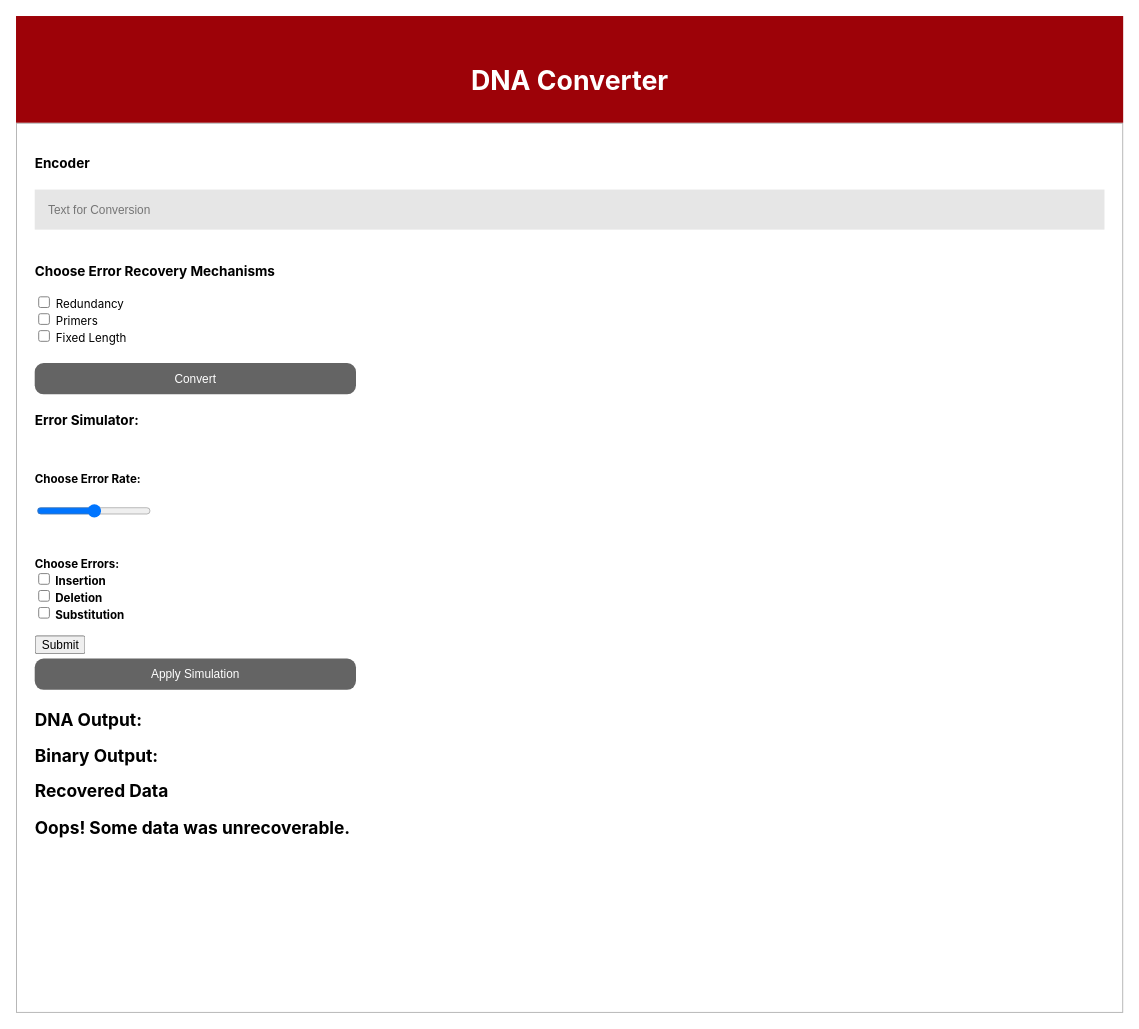
Repository: komalharjani/MSc-Thesis-DNA-Storage
Page: index.html
An editor plug-in stored every save of this project. The page is shown before and after the next save, followed by the edit.
The browser window is 1280 px wide. The pictures show the whole page, at 89% of full size.

Above is the page before, as saved 2020-08-16 22:07:20.

### index.html
<!DOCTYPE html>
<html lang="en">

<head>
    <link href="index.css" rel="stylesheet">
    <meta charset="UTF-8">
    <meta name="viewport" content="width=device-width, initial-scale=1.0">
    <title>Document</title>
</head>

<body>
    <div id="LoginPage">
        <div class="header"><br>
            <h2> DNA Converter </h2>
        </div>

        <div class="loginContainer">
            <h3>Encoder</h3>
            <input type="text" placeholder="Text for Conversion" id="textToConvert" required class="input">
            <h3>Choose Error Recovery Mechanisms</h3>
            <form>
                <input type="checkbox" id="vehicle1" name="vehicle1" value="Bike">
                <label for="vehicle1"> Redundancy </label><br>
                <input type="checkbox" id="vehicle2" name="vehicle2" value="Car">
                <label for="vehicle2"> Primers </label><br>
                <input type="checkbox" id="vehicle3" name="vehicle3" value="Boat">
                <label for="vehicle3"> Fixed Length</label><br><br>
            </form>
            <button onclick="onSubmit()" id="submit">Convert</button>


            <h3>Error Simulator:</h3><br>
            <h4>Choose Error Rate:</h4>
            <input type="range" name="rangeInput" min="0" max="10" onchange="updateTextInput(this.value);">
            <input type="number" id="textInput" value="" class="range" max="10"><br>
            <h4>Choose Errors:</h4<br>
            <form>
                <input type="checkbox" id="vehicle1" name="vehicle1" value="Bike">
                <label for="vehicle1"> Insertion </label><br>
                <input type="checkbox" id="vehicle2" name="vehicle2" value="Car">
                <label for="vehicle2"> Deletion </label><br>
                <input type="checkbox" id="vehicle3" name="vehicle3" value="Boat">
                <label for="vehicle3"> Substitution </label><br><br>
                <input type="submit" value="Submit">
            </form>
            <button onclick="" id="error">Apply Simulation</button><br>
            <!--Take Error Rate from On Submit-->
            <h2>DNA Output:</h2>
            <h2>Binary Output:</h2>
            <h2>Recovered Data</h2>
            <h2>Oops! Some data was unrecoverable. </h2>
        </div>
    </div>

</body>
<script src="index.js"></script>

</html>

### index.css
body {
    background-color:white;
    resize: both;
    overflow: auto;
}

.labelText {
  width: 100%;
  padding: 15px;
  margin: 5px 0 22px 0;
  display: inline-block;
  border: none;
  background: #cacaca;
}

.search {
  width: 30%;
  padding: 15px;
  margin: 5px 0 22px 0;
  display: inline-block;
  border: none;
  background: #e6e6e6;
}

.runBtn {
  background-color: #000000;
  border: 1px solid #ffffff;
  color: rgb(255, 255, 255);
  padding: 14px 20px;
  margin-top: 5px;
  margin-bottom: 5px;
  margin-right: 2px;
  margin-left: 0;
  border: none;
  cursor: pointer;
  width: 100%;
  opacity: 0.9;
  font-size: 15px;
}

#map{
  height: 400px;
  width: 100%;
}

#profile {
  border-radius: 50%;
}

.profile {
    padding: 10px;
    text-align: center;
    height: auto;
}

/* Full-width input fields */
.input {
  width: 100%;
  padding: 15px;
  margin: 5px 0 22px 0;
  display: inline-block;
  border: none;
  background: #e6e6e6;
}

.range {
  margin: 5px 0 22px 0;
  display: inline-block;
  border: none;
  text-align: right;
}

li {
  width: 100%;
  padding: 15px;
  margin: 5px 0 22px 0;
  display: inline-block;
  border: none;
  background: #cacaca;
}

ul {
  padding: 0;
}


/* Add a background color when the inputs get focus */
input[type=text]:focus, input[type=password]:focus {
  background-color: rgb(184, 184, 184);
  outline: none;
}

/* button {
  background-color: #000000;
  color: rgb(255, 255, 255);
  padding: 14px 20px;
  margin: 8px;
  border: none;
  cursor: pointer;
  width: 30%;
  opacity: 0.9;
  border-radius: 20px;
} */

.loginContainer {
  width: 100%;
  float: center;
  padding: 20px;
  border: 0.5px solid #afafaf;
  height: 1000px;

}

/* Set a style for all buttons */
.button {
  background-color: #000000;
  color: rgb(255, 255, 255);
  padding: 10px;
  width: 100%;
  border: none;
  border-radius: 10px;
}

button {
  background-color: rgb(100, 100, 100);
  color: rgb(255, 255, 255);
  padding: 10px;
  width: 30%;
  margin-top: 5px;
  margin-bottom: 5px;
  margin-right: 2px;
  margin-left: 0;
  border: none;
  border-radius: 10px;
}

button:hover {
  opacity: 0.8;
}

/* Extra styles for the cancel button */
.cancelbtn {
  padding: 14px 20px;
  background-color: whitesmoke;
}

/* Float cancel and signup buttons and add an equal width */
.cancelbtn, .signupbtn {
  float: right;
  width: 100%;
}


/* Style the horizontal ruler */
hr {
  border: 1px solid #f1f1f1;
  margin-bottom: 25px;
}

/* Change styles for cancel button and signup button on extra small screens */
@media screen and (max-width: 300px) {
  .cancelbtn, .signupbtn {
     width: 100%;
  }
}
/* OLD BELOW!!!!! */

* {
    box-sizing: border-box;
  }

  /* Add a gray background color with some padding */
  body {
    font-family: -apple-system, BlinkMacSystemFont, 'Segoe UI', Roboto, Oxygen, Ubuntu, Cantarell, 'Open Sans', 'Helvetica Neue', sans-serif;
    padding: 10px;
    background: #ffffff;
    font-size: 13px;
  }
  table {
    font-family: arial, sans-serif;
    border-collapse: collapse;
    width: 100%;
  }

  td, th {
    border: 1px solid #dddddd;
    text-align: left;
    padding: 8px;
  }

  tr:nth-child(even) {
    background-color: #dddddd;
  }
  /* Header Title */
  .header {
    padding: 5px;
    font-size: 20px;
    text-align: center;
    background: #9d0208;
    color: white;
  }

  .login {
    width:300px;
    height:500px;
    position: fixed;
    top: 50%;
    left: 50%;
    margin-top: -125px;
    margin-left: -150px;
  }

  /* Split Screen into Columns */

  .rightcolumn {
    float: right;
    width: 50%;
    padding: 10px;
  }

  .leftcolumn {
    float: left;
    width: 20%;
    padding: 10px;
    background-color: rgb(255, 255, 255);
  }

  .left {
    float: right;
    width: 50%;
    background-color: rgb(255, 255, 255);
  }

  .right {
    float: right;
    width: 50%;
    background-color: rgb(255, 255, 255);
  }

  .centercolumn {
    float: left;
    width: 80%;
    padding: 10px;
    background-color: rgb(255, 255, 255);
  }

  .title {
    color: grey;
    font-size: 18px;
  }

  .rightcolumn {
    float: left;
    width: 30%;
    padding: 10px;
    background-color: rgb(255, 255, 255);
  }

  .box {
    background-color: rgb(255, 255, 255);
    width: 100%;
    padding: 15px;
  }


  .card {
     background-color: whitesmoke;
     padding: 15px;
  }

  .row:after {
    content: "";
    display: table;
    clear: both;
  }

  /* Footer */
  .footer {
    padding: 20px;
    text-align: center;
    background: #ddd;
    margin-top: 20px;
  }

  /* Responsive layout - when the screen is less than 800px wide, make the two columns stack on top of each other instead of next to each other */
  @media screen and (max-width: 800px) {
    .leftcolumn, .rightcolumn {
      width: 100%;
      padding: 0;
    }
  }

  tr:nth-child(even) {
    background-color: #3b37377c;
  }

  button:hover {
    opacity:1;
  }

  /* Extra styles for the cancel button */
  .cancelbtn {
    padding: 14px 20px;
    background-color: #000000;
  }

  /* Float cancel and signup buttons and add an equal width */
  .cancelbtn, .signupbtn {
    float: right;
    width: 100%;
  }

  .containerForm {
    width: 50%;
    float: left;
    padding: 10px;
    background-color: rgb(255, 255, 255);
  }

  /* Add padding to container elements */
  .container {
    width: 100%;
    float: left;
    padding: 10px;
    background-color: rgb(255, 255, 255);
  }

  #result {
    color: red;
  }

  .submitComment {
    background-color: white;
    color: black;
    border: 1px solid #888;
    width: 100%;
    float: right;
  }

  .submitComment :hover {
    background-color: rgb(138, 138, 138);
  }

  .readMore {
    background-color: rgb(216, 216, 216);;
    color: black;
    width: 40%;
    margin: 5px;
  }

  .logoutBtn {
    color: white;
    background-color: #9d0208 ;
    border: 1px solid rgb(255, 255, 255);
    margin: 10px;
  }

  .logoutBtn:hover {
    opacity: 0.7;
  }

  .register {
    color: black;
    background-color: white ;
    border: 1px solid rgb(255, 255, 255);
    margin: 10px;
    opacity: 0.8;
  }

  .register:hover {
    opacity: 1;
  }

  .runPostsStyle {
    background-color: rgb(255, 255, 255);
    padding: 20px;
    border-radius: 10px;
    margin-top: 20px;
    width: 100%;
    overflow: hidden;
    border: 1px solid rgb(0, 0, 0);
    columns: 2;
  }



  .commentPost {
    background-color: whitesmoke;
    padding: 20px;
    border-radius: 10px;
    margin-top: 20px;
    width: 100%;
    overflow: hidden;
  }

  .mapStyle {
    background-color: rgb(94, 0, 0);
    border-radius: 10px;
    width: 40%;
    height: 100px;
    border:solid black;
  }

  /* The Modal (background) */
  .modal {
    display: none; /* Hidden by default */
    position: fixed; /* Stay in place */
    left: 0;
    top: 0;
    width: 100%; /* Full width */
    height: 100%; /* Full height */
    overflow: auto; /* Enable scroll if needed */
    background-color:rgb(255, 255, 255);
    padding: 20px;
  }

  /* Modal Content/Box */
  .modal-content {
    background-color: #ffffff;
    margin: 5% auto 15% auto; /* 5% from the top, 15% from the bottom and centered */
    border: 1px solid #888;
    width: 80%; /* Could be more or less, depending on screen size */
  }

  .postTitle {
    font-size: 20px;
    font-weight: bold;
    color: #9d0208;
  }

  .dateDisplay {
    font-size: 20px;
    font-weight: bold;
  }

  .toFrom {
    font-size: 14px;
    font-weight: bold;
  }

  /* Style the horizontal ruler */
  hr {
    border: 1px solid #f1f1f1;
    margin-bottom: 25px;
  }

  /* The Close Button (x) */
  .close {
    position: absolute;
    right: 35px;
    top: 15px;
    font-size: 40px;
    font-weight: bold;
    color: #000000;
  }

  .close:hover,
  .close:focus {
    color: #ff8484;
    cursor: pointer;
  }

  /* Clear floats */
  .clearfix::after {
    content: "";
    clear: both;
    display: table;
  }

  /* Change styles for cancel button and signup button on extra small screens */
  @media screen and (max-width: 300px) {
    .cancelbtn, .signupbtn {
       width: 100%;
    }
  }

  .dropbtn {
    background-color: #E6E6E6;
    color: rgb(85, 85, 85);
    padding: 16px;
    font-size: 16px;
    border: none;
    width: 100px;
    cursor: pointer;
  }

  .dropbtn:hover, .dropbtn:focus {
    background-color: rgb(187, 187, 187);
  }

  .dropdown {
    position: relative;
    display: inline-block;
  }

  .dropdown-content {
    display: none;
    position: absolute;
    background-color: #f1f1f1;
    min-width: 160px;
    overflow: auto;
    box-shadow: 0px 8px 16px 0px rgba(0,0,0,0.2);
    z-index: 1;
  }

  .dropdown-content a {
    color: black;
    padding: 12px 16px;
    text-decoration: none;
    display: block;
  }

  .dropdown a:hover {background-color: #ddd;}

  .show {display: block;}

### index.js
let text = "Lorem Ipsum is simply dummy text of the printing and typesetting industry. Lorem Ipsum has been the industry's standard dummy text ever since the 1500s, when an unknown printer took a galley of type and scrambled it to make a type specimen book. It has survived not only five centuries, but also the leap into electronic typesetting, remaining essentially unchanged. It was popularised in the 1960s with the release of Letraset sheets containing Lorem Ipsum passages, and more recently with desktop publishing software like Aldus PageMaker including versions of Lorem Ipsum. Lorem Ipsum is simply dummy text of the printing and typesetting industry. Lorem Ipsum has been the industry's standard dummy text ever since the 1500s, when an unknown printer took a galley of type and scrambled it to make a type specimen book. It has survived not only five centuries, but also the leap into electronic typesetting, remaining essentially unchanged. It was popularised in the 1960s with the release of Letraset sheets containing Lorem Ipsum passages, and more recently with desktop publishing software like Aldus PageMaker including versions of Lorem Ipsum. Lorem Ipsum is simply dummy text of the printing and typesetting industry. Lorem Ipsum has been the industry's standard dummy text ever since the 1500s, when an unknown printer took a galley of type and scrambled it to make a type specimen book. It has survived not only five centuries, but also the leap into electronic typesetting, remaining essentially unchanged. It was popularised in the 1960s with the release of Letraset sheets containing Lorem Ipsum passages, and more recently with desktop publishing software like Aldus PageMaker including versions of Lorem Ipsum. Lorem Ipsum is simply dummy text of the printing and typesetting industry. Lorem Ipsum has been the industry's standard dummy text ever since the 1500s, when an unknown printer took a galley of type and scrambled it to make a type specimen book. It has survived not only five centuries, but also the leap into electronic typesetting, remaining essentially unchanged. It was popularised in the 1960s with the release of Letraset sheets containing Lorem Ipsum passages, and more recently with desktop publishing software like Aldus PageMaker including versions of Lorem Ipsum.";
console.log(text.length);
let noErrors = 4;
let binOutput;

/**
 * Called when convert is started
 */
function onSubmit() {

    //Add Length
    let input = addLength();
    binOutput = textToBinary(input);
    //binOutput = textToBinary(text);

    //ADDING ENCODING INFORMATION
    let dnaStringOutput = binaryToDNA(binOutput);

    //add Primers
    let addedPrimers = addPrimers(dnaStringOutput);

    //Add Redundancy and Complement
    let cloneOne = addedPrimers.slice();
    let cloneTwo = addedPrimers.slice();
    let comp = addComplement(addedPrimers); //or dnaString Output
    //let cloneOne = dnaStringOutput.slice();
    //let cloneTwo = dnaStringOutput.slice();
    //let comp = addComplement(dnaStringOutput);
    //let reverse = cloneTwo.reverse();

    //Add Blocks
    let blocks = addBlocks(addPrimers);
    //errorSimulator(blocks);

    //ERROR SIMULATOR
    let cloneError = errorSimulator(cloneOne);
    let cloneTwoError = errorSimulator(cloneTwo);
    let dnaStringError = errorSimulator(addedPrimers);
    console.log(dnaStringError);
    let errorComp = errorSimulator(comp);

    // let rem = removePrimers(errorDNA);
    // let extractedLength = getLength(removePrimers); //call getLength from here
    // errorCorrectLength(extractedLength);

    //Call Error Correcting for Redundant
    let errorCorrection = errorCorrectRedundant(cloneError, dnaStringError, cloneTwoError);
    let errorCorrectionResult = dnaToBinary(errorCorrection);
    let convertedOutput = removePrimers(errorCorrectionResult);
    let decoded = decode(convertedOutput);
    binaryToText(decoded);
}

function imageToBinary(img) {
        var binArray = []
        var datEncode = "";

        for (i=0; i < data.length; i++) {
            binArray.push(data[i].charCodeAt(0).toString(2));
        }
        for (j=0; j < binArray.length; j++) {
            var pad = padding_left(binArray[j], '0', 8);
            datEncode += pad + ' ';
        }
        function padding_left(s, c, n) { if (! s || ! c || s.length >= n) {
            return s;
        }
        var max = (n - s.length)/c.length;
        for (var i = 0; i < max; i++) {
            s = c + s; } return s;
        }
        console.log(binArray);
}

/**
 * Converting User Inputted Text into Binary using ASCII Table
 * @param {*} text
 */
function textToBinary(text) {
    var length = text.length,
        output = [];
    for (var i = 0; i < length; i++) {
        var bin = text[i].charCodeAt().toString(2);
        output.push(Array(8 - bin.length + 1).join("0") + bin);
    }
    return output.join("");
}

/**
 * Converting Binary Output to DNA by Mapping 2 bits to A, G, C or T.
 * Mapping: A = 00, G = 01, C = 10, T = 11
 * @param {*} binOutput
 */
function binaryToDNA(binOutput) {
    // console.log(binOutput.length);
    let dnaArray = [];
    var twoBitsArray = []; //Array to hold binary elements, each element containing 2 bits
    var i = 0;
    var n = binOutput.length;

    while (i < n) {
        twoBitsArray.push(binOutput.slice(i, i += 2));
    }
    console.log(twoBitsArray);

    for (let i = 0; i < twoBitsArray.length; i++) {
        if (twoBitsArray[i] == "00") {
            dnaArray.push("A");
        }
        else if (twoBitsArray[i] == "01") {
            dnaArray.push("G");
        }
        else if (twoBitsArray[i] == "10") {
            dnaArray.push("C");
        }
        else if (twoBitsArray[i] == "11") {
            dnaArray.push("T");
        }
    }
    return dnaArray;
}

/**
 * Control 1: Remove Homopolymers and 'GC' repeats
 */
function removeHomopolymers() {

}

/**
 * Add a Payload
 * @param {*} dnaArray
 */
function addPrimers(dnaArray) {
    let stringed = dnaArray.join("");
    let primer = "AAAAA"; //Add Primer of 5 A's
    let dnaString = primer + stringed + primer;
    let textLength, dnaLength, binaryLength;
    return dnaString;
}

/**
 *
 */
function addLength() {
    let padding = "00000000";
    let textLength = text.length;
    let noNums = textLength.toString().length;
    let zeros = 8 - noNums;
    let zerosPadding = padding.slice(0, zeros);
    let final = zerosPadding + textLength;
    console.log(final);
    //length of DNA == 32 CHARACTERS AT THE END
    text = text + final;
    return text;
}

/**
 *
 */
function addBlocks() {

}


/**
 * Generate Complement of DNA String to be stored
 */
function addComplement(dnaArray) {

    let complement = [];
    for (let i = 0; i < dnaArray.length; i++) {
        if (dnaArray[i] == "A") {
            complement.push("T");
        }
        if (dnaArray[i] == "T") {
            complement.push("A");
        }
        if (dnaArray[i] == "C") {
            complement.push("G");
        }
        if (dnaArray[i] == "G") {
            complement.push("C");
        }
    }
    let comp = complement.join("");
    return comp;
}

/**
 * Error Simulator to delete random information
 * Attempting to mimic sequencing and synthesis errors in practice
 * @param {*} dnaString
 */
function errorSimulator(dnaString) { //does this have to deal with a string?
    let errorRate = Math.round(dnaString.length * noErrors / 1000); //error rate user input
    dnaArray = dnaString.split("");
    console.log(dnaArray);
    let min = 0; //change if errors should be concentrated at end
    for (let i = 0; i < errorRate; i++) { //for error rate
        let randomIndex = (Math.floor(Math.random() * dnaArray.length - min + 1) + min) + 1; //generate random index
        console.log(randomIndex);
        //min = randomIndex; //set minimum for sequential errors
        console.log(dnaArray[randomIndex + 1]);
        dnaArray.splice(randomIndex, 1); //remove element from string here
    }
    return dnaArray;
}

/**
 *
 * @param {*} dnaString
 */
function errorCorrectRedundant(cloneOne, errorDNA, cloneTwo,len) {

    let temp = [];
    let missing = [];

    let majority;

    let getLenClone = errorDNA.slice();
    let errorCorrectionResult = dnaToBinary(getLenClone);
    let convertedOutput = removePrimers(errorCorrectionResult);
    let decoded = decode(convertedOutput);
    binaryToText(decoded);
    let extractedLength = getLength(errorCorrectionResult); //call getLength from here
    console.log(extractedLength);
    console.log(getLenClone.length);

    let noErrors = (extractedLength - getLenClone.length) * 3;
    console.log(noErrors);


    while (noErrors > 0) {
        //Identifies the index of where the error has occured
        for (let j = 0; j < errorDNA.length; j++) {
            if (errorDNA[j] === cloneOne[j] && errorDNA[j] === cloneTwo[j]) {
                temp.push(errorDNA[j]);
            }
            else {
                missing.push({
                    original: errorDNA[j],
                    cloneOne: cloneOne[j],
                    cloneTwo: cloneTwo[j]
                })
                break;
            }
        }

        let indexToInsert = temp.length;
        //correct in missing

        for (let i = 0; i < missing.length; i++) {
            if (missing[i].original === missing[i].cloneOne) {
                majority = missing[i].original;
                cloneTwo.splice(indexToInsert, 0, majority);
                //return errorDNA, cloneOne, cloneTwo;
                //dnaToBinary(cloneTwo);
            }
            else if (missing[i].original === missing[i].cloneTwo) {
                majority = missing[i].original;
                cloneOne.splice(indexToInsert, 0, majority);
                //return errorDNA, cloneOne, cloneTwo;
                //dnaToBinary(cloneOne);
            }
            else if (missing[i].cloneTwo === missing[i].cloneOne) {
                majority = missing[i].cloneTwo;
                errorDNA.splice(indexToInsert, 0, majority);
                //return errorDNA, cloneOne, cloneTwo;
                //dnaToBinary(errorDNA);
            }
        }
        missing = [];
        temp = [];
        majority = "";
        noErrors--;
    }
    return errorDNA;

}


//Get Length of Binary --> must decode to get length
//decode original string
//remove primers
//call getLength
function getLength(decodedResult) {
    //decodedResult.splice(-5, 5); //remove primer from en
    let removeNum = decodedResult.length - 32;
    decodedResult.splice(0, removeNum);
    let extractedLength = decode(decodedResult);
    let finalNum = binaryToText(extractedLength);
    let num = finalNum.replace(/^0+/, '');
    let dnaLength = (num * 4) + 42;
    console.log(dnaLength);
    return dnaLength;
}

// function errorCorrectLength(len) {
//     let dnaLength = (len * 4) + 42;
//     console.log(dnaLength);
// }

/**
 * Convert error corrected string back to binary
 * @param {*} dnaString
 */
function dnaToBinary(dnaString) {
    let decodedResult = [];

    for (let i = 0; i < dnaString.length; i++) {
        if (dnaString[i] == "A") {
            decodedResult.push("00");
        }
        if (dnaString[i] == "G") {
            decodedResult.push("01");
        }
        if (dnaString[i] == "C") {
            decodedResult.push("10");
        }
        if (dnaString[i] == "T") {
            decodedResult.push("11");
        }
    }
    console.log(decodedResult);
    return decodedResult;
}


function removePrimers(convertedOutput) {
    //check if all A's and then splice
    convertedOutput.splice(0, 5); //remove primer from beginning
    convertedOutput.splice(-5, 5); //remove primer from end
    return convertedOutput;

}

function decode(convertedOutput) {
    let conv = convertedOutput.join("");
    // console.log(conv);

    let temp = [];
    var i = 0;
    var n = conv.length;

    while (i < n) {
        temp.push(conv.slice(i, i += 8));
    }

    // console.log(temp);
    temp = temp.join(" ");
    return temp;
}


/**
 * Map Binary back to text using ASCII character codes
 * @param {*} str
 */
function binaryToText(str) {
    // console.log(str);
    var binString = '';
    str.split(' ').map(function (bin) {
        binString += String.fromCharCode(parseInt(bin, 2));
    });
    console.log(binString);
    return binString;
}

After the next save:
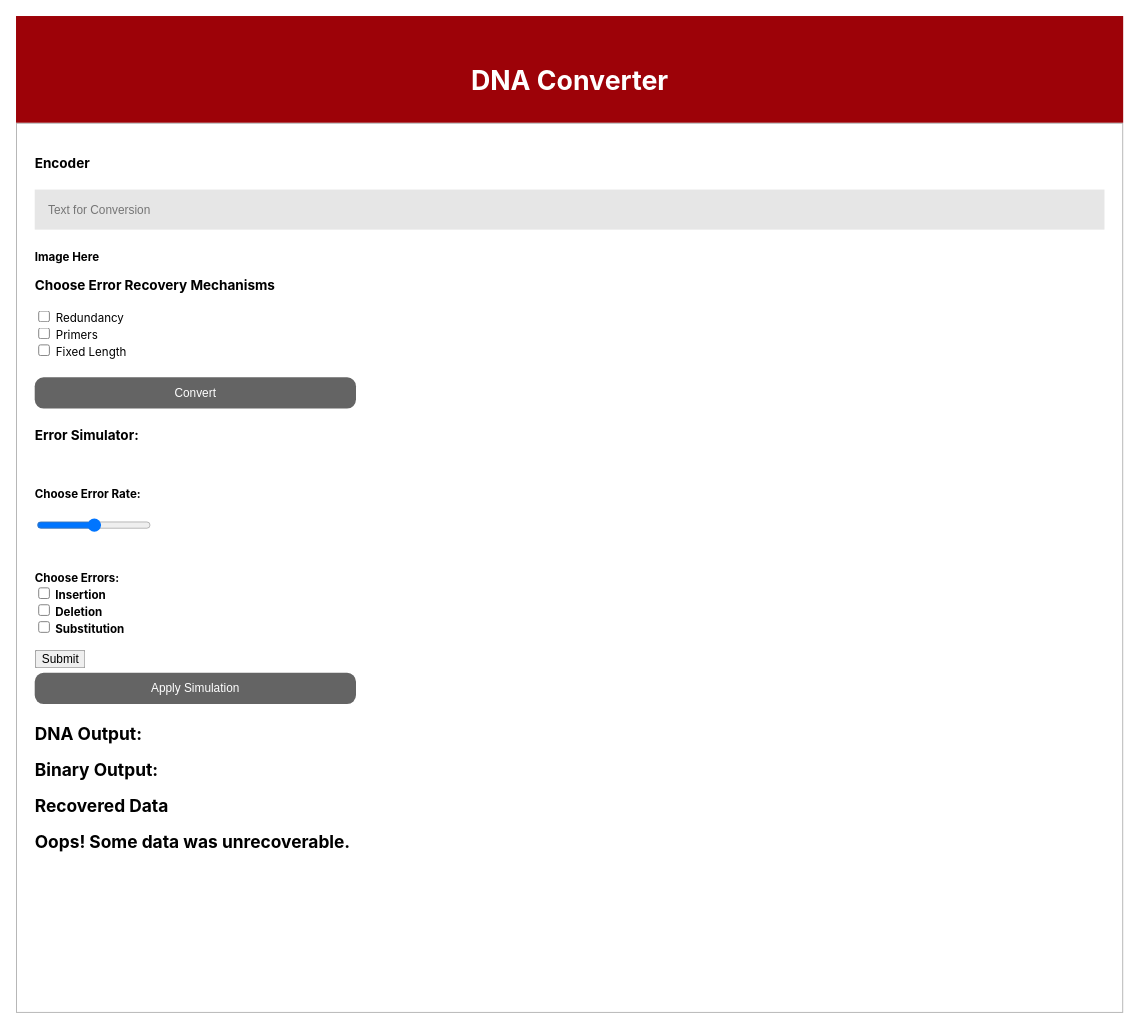
Saved 16 s later.
--- a/index.html
+++ b/index.html
@@ -17,6 +17,7 @@
         <div class="loginContainer">
             <h3>Encoder</h3>
             <input type="text" placeholder="Text for Conversion" id="textToConvert" required class="input">
+            <label for="text"><b>Image Here</b></label>
             <h3>Choose Error Recovery Mechanisms</h3>
             <form>
                 <input type="checkbox" id="vehicle1" name="vehicle1" value="Bike">
